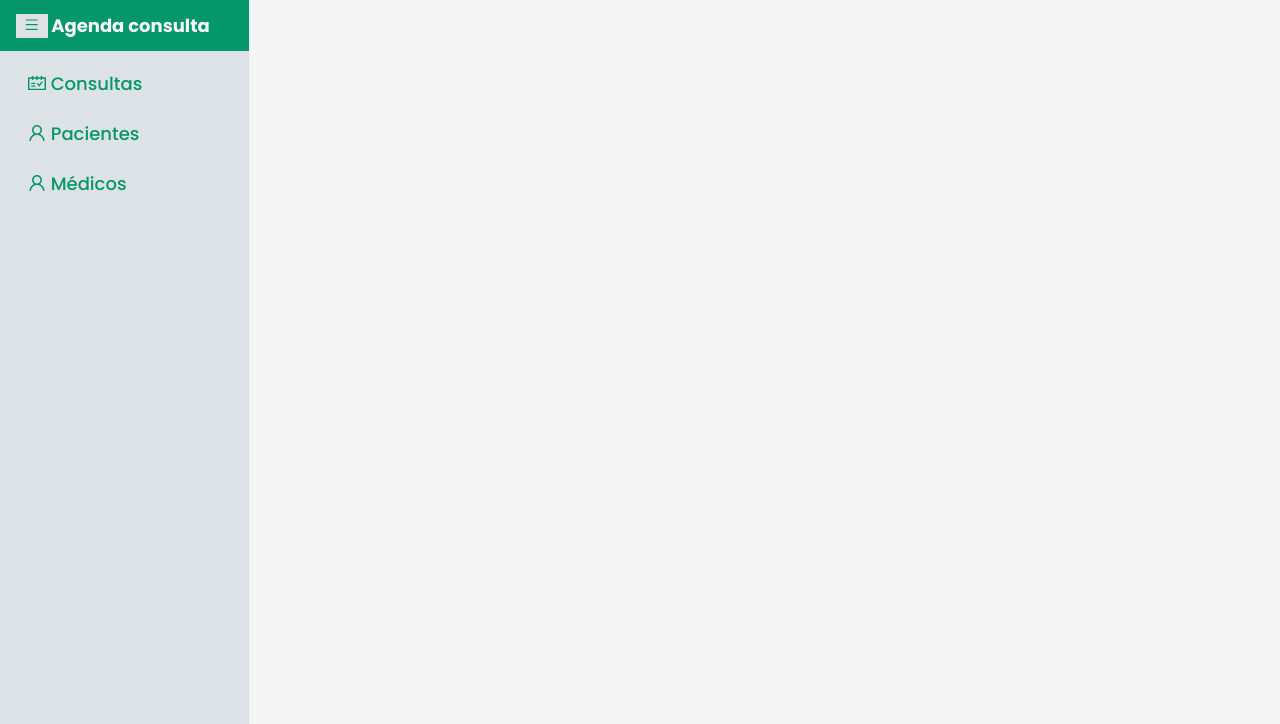
Repository: BarbaraCD/agendaconsulta
Page: /
These files come from the project's save history. The page is drawn as it stood at one moment and after the next save; the edit follows.
The browser window is 1280 px wide. The pictures show the whole page.
The project was rebuilt for these pictures with package versions that can differ from the ones it lists, and the page was loaded fresh each time. Also part of the build but not shown: vite.config.ts, src/services/ApiConfig.ts, src/services/appointment.services.ts, src/styles/InputContainer.ts, src/styles/Appointments.ts, src/services/doctor.services.ts, src/services/patient.services.ts, src/components/Calendar.tsx and 6 more.

Above is the page before, as saved 2023-09-01 10:23:23.

After the next save:
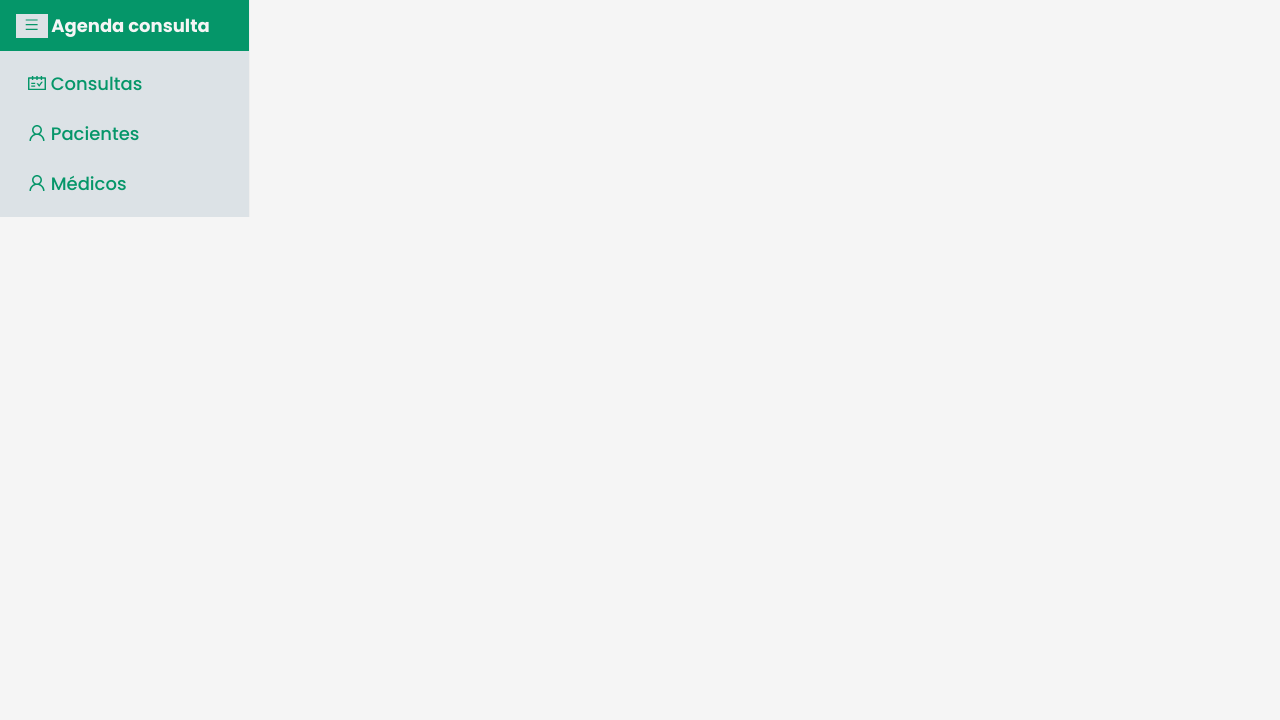
Saved 19 s later.
--- a/src/styles/SidebarStyled.ts
+++ b/src/styles/SidebarStyled.ts
@@ -46,8 +46,6 @@ export const StyledSidebar = styled(Sidebar)`
 export const StyledList = styled(Menu)`
   padding: 0.5rem;
   background-color: ${(props) => props.theme.colors.sbcolor};
-  height: 93.5vh;
-  min-height: 100%;
 `
 
 export const StyledItem = styled(MenuItem)`

After the save that followed:
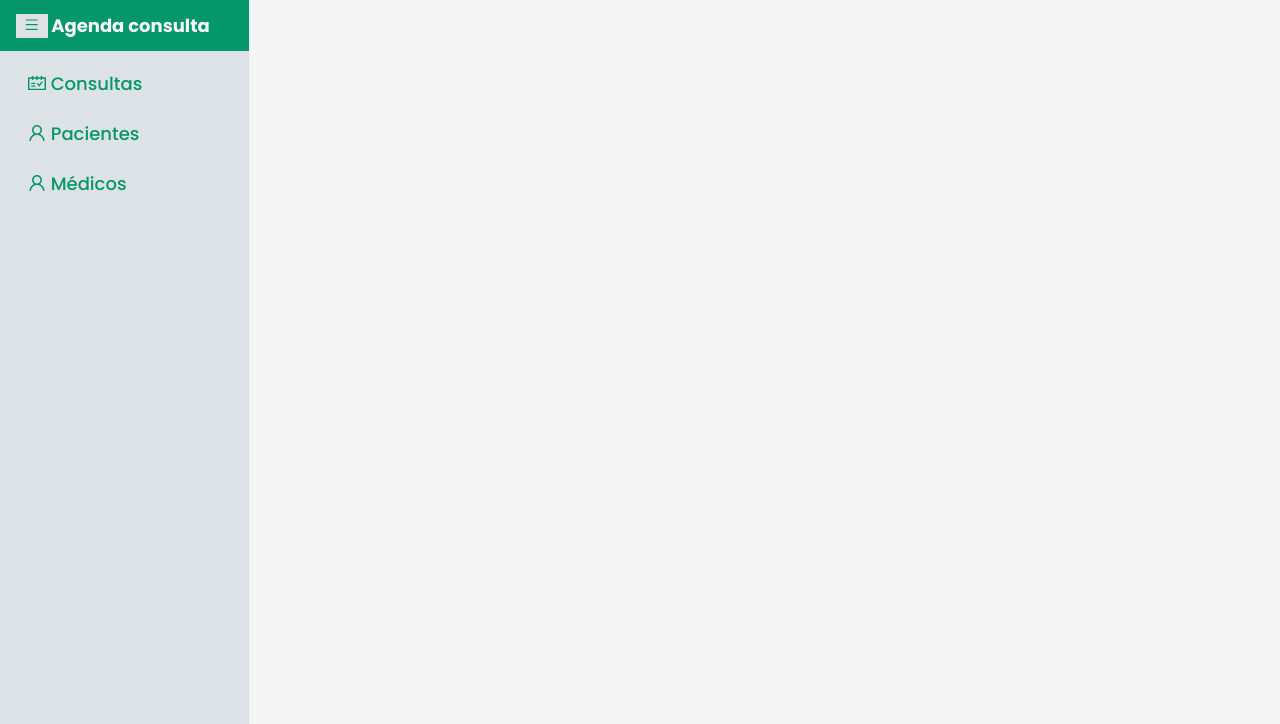
Saved 5 s later.
--- a/src/styles/SidebarStyled.ts
+++ b/src/styles/SidebarStyled.ts
@@ -46,6 +46,8 @@ export const StyledSidebar = styled(Sidebar)`
 export const StyledList = styled(Menu)`
   padding: 0.5rem;
   background-color: ${(props) => props.theme.colors.sbcolor};
+  height: 93.5vh;
+  min-height: 100%;
 `
 
 export const StyledItem = styled(MenuItem)`
